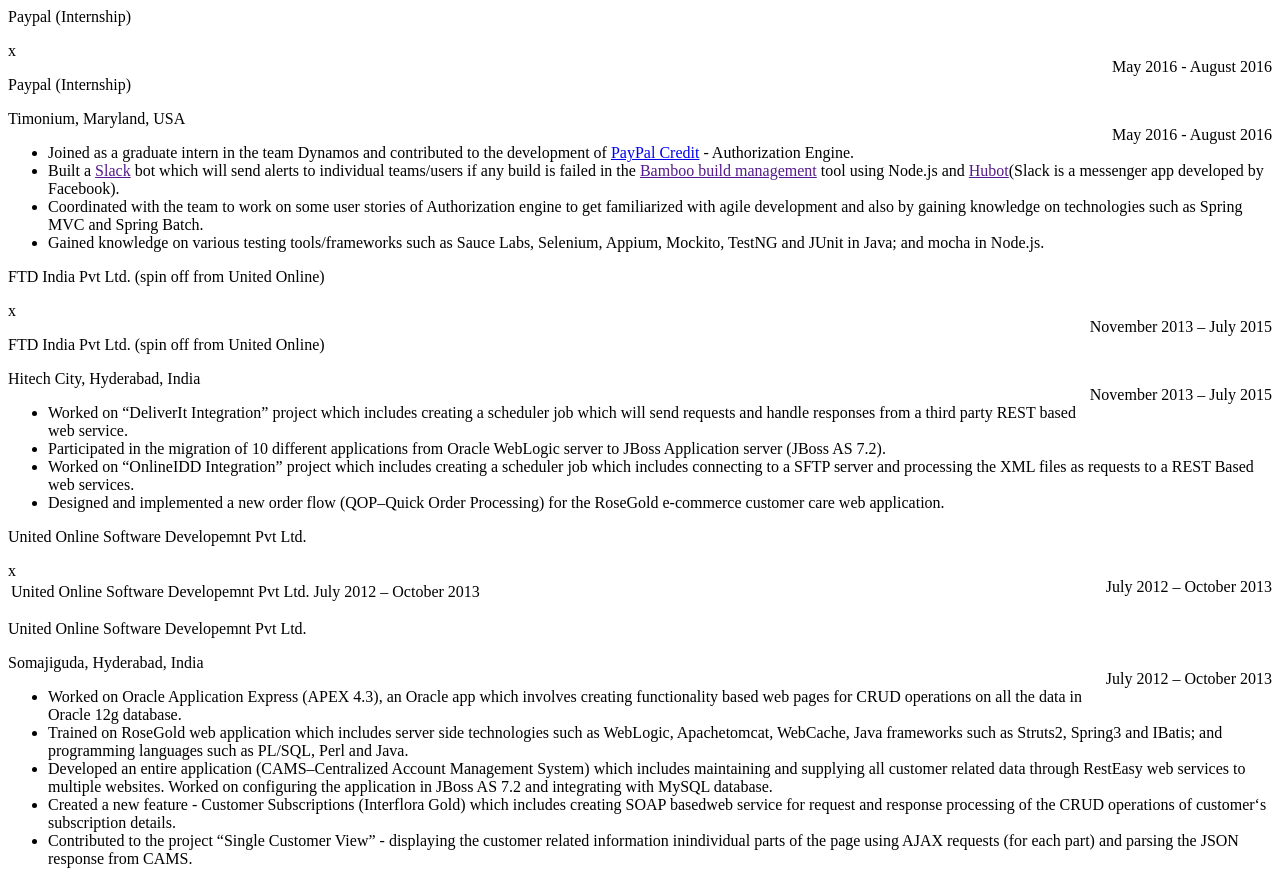
Repository: phanindrakannaji/Resume
Page: http://localhost/application/pages/experience.php
These files come from the project's save history. The page is drawn as it stood at one moment and after the next save; the edit follows.
The browser window is 1280 px wide. The pictures show the whole page.
The page is run by PHP 8.4 with error messages shown; the project is at /var/www/html/.

Above is the page before, as saved 2016-09-25 17:06:23.
Console error: ReferenceError: $ is not defined

### Resume/application/pages/experience.php
<script type="text/javascript"
	src="../resources/scripts/refreshScript.js"></script>
<div class="divExperience customfont2">
	<div class="divExperienceHeading">
		<p class="expHeading">Paypal (Internship)</p>
		<p class="expHeadingContent" style="float: right;">May 2016 - August
			2016</p>
	</div>
	<div class="divExperienceWork modal">
		<div class="modal-content">
			<span class="close">x</span>
			<p class="expHeading">Paypal (Internship)</p>
			<p class="expHeadingContent" style="float: right;">May 2016 - August
				2016</p>
			<p class="expHeadingContent divExperiencelocation ">Timonium,
				Maryland, USA</p>
			<ul>
				<li>Joined as a graduate intern in the team Dynamos and contributed
					to the development of <a
					href="https://en.wikipedia.org/wiki/PayPal_Credit" target="blank">PayPal
						Credit</a> - Authorization Engine.
				</li>
				<li>Built a <a href="" target="blank">Slack</a> bot which will send
					alerts to individual teams/users if any build is failed in the <a
					href="" target="blank">Bamboo build management</a> tool using
					Node.js and <a href="" target="blank">Hubot</a>(Slack is a
					messenger app developed by Facebook).
				</li>
				<li>Coordinated with the team to work on some user stories of
					Authorization engine to get familiarized with agile development and
					also by gaining knowledge on technologies such as Spring MVC and
					Spring Batch.</li>
				<li>Gained knowledge on various testing tools/frameworks such as
					Sauce Labs, Selenium, Appium, Mockito, TestNG and JUnit in Java;
					and mocha in Node.js.</li>
			</ul>
		</div>
	</div>
</div>

<div class="divExperience customfont2">
	<div class="divExperienceHeading">
		<p class="expHeading">FTD India Pvt Ltd. (spin off from United Online)</p>
		<p class="expHeadingContent" style="float: right;">November 2013 –
			July 2015</p>
	</div>
	<div class="divExperienceWork modal">
		<div class="modal-content">
			<span class="close">x</span>
			<p class="expHeading">FTD India Pvt Ltd. (spin off from United
				Online)</p>
			<p class="expHeadingContent" style="float: right;">November 2013 –
				July 2015</p>
			<p class=" expHeadingContent divExperiencelocation ">Hitech City,
				Hyderabad, India</p>
			<ul>
				<li>Worked on “DeliverIt Integration” project which includes
					creating a scheduler job which will send requests and handle
					responses from a third party REST based web service.</li>
				<li>Participated in the migration of 10 different applications from
					Oracle WebLogic server to JBoss Application server (JBoss AS 7.2).</li>
				<li>Worked on “OnlineIDD Integration” project which includes
					creating a scheduler job which includes connecting to a SFTP server
					and processing the XML files as requests to a REST Based web
					services.</li>
				<li>Designed and implemented a new order flow (QOP–Quick Order
					Processing) for the RoseGold e-commerce customer care web
					application.</li>
			</ul>
		</div>
	</div>
</div>

<div class="divExperience customfont2">
	<div class="divExperienceHeading">
		<p class="expHeading">United Online Software Developemnt Pvt Ltd.</p>
		<p class="expHeadingContent" style="float: right;">July 2012 – October
			2013</p>
	</div>
	<div class="divExperienceWork modal">
		<div class="modal-content">
			<span class="close">x</span>
			<table>
			<tr>
			<td>United Online Software Developemnt Pvt Ltd.</td>
			<td>July 2012 – October 2013</td>
			</tr>
			</table>

			<p class="expHeading">United Online Software Developemnt Pvt Ltd.</p>
			<p class="expHeadingContent" style="float: right;">July 2012 –
				October 2013</p>
			<p class="expHeadingContent divExperiencelocation ">Somajiguda,
				Hyderabad, India</p>
			<ul>
				<li>Worked on Oracle Application Express (APEX 4.3), an Oracle app
					which involves creating functionality based web pages for CRUD
					operations on all the data in Oracle 12g database.</li>
				<li>Trained on RoseGold web application which includes server side
					technologies such as WebLogic, Apachetomcat, WebCache, Java
					frameworks such as Struts2, Spring3 and IBatis; and programming
					languages such as PL/SQL, Perl and Java.</li>
				<li>Developed an entire application (CAMS–Centralized Account
					Management System) which includes maintaining and supplying all
					customer related data through RestEasy web services to multiple
					websites. Worked on configuring the application in JBoss AS 7.2 and
					integrating with MySQL database.</li>
				<li>Created a new feature - Customer Subscriptions (Interflora Gold)
					which includes creating SOAP basedweb service for request and
					response processing of the CRUD operations of customer‘s
					subscription details.</li>
				<li>Contributed to the project “Single Customer View” - displaying
					the customer related information inindividual parts of the page
					using AJAX requests (for each part) and parsing the JSON response
					from CAMS.</li>
			</ul>
		</div>
	</div>
</div>
<script type="text/javascript" src="../resources/scripts/experience.js"></script>

### Resume/resources/scripts/refreshScript.js
$(document).ready(function(){
	$("#commandInput").keypress(function(e){
		keypressInBox(e);
	});
	$("#commandInput").focus();
})

### Resume/resources/scripts/experience.js
$(document).ready(function(){
	$('.divExperienceHeading').click(function(){
		$(this).parent().children().last().css("display", "block");
	});
	var span = $(".close")[0];
	$(".close").click(function() {
	    $(this).parent().parent().css("display", "none");
	});
});

After the next save:
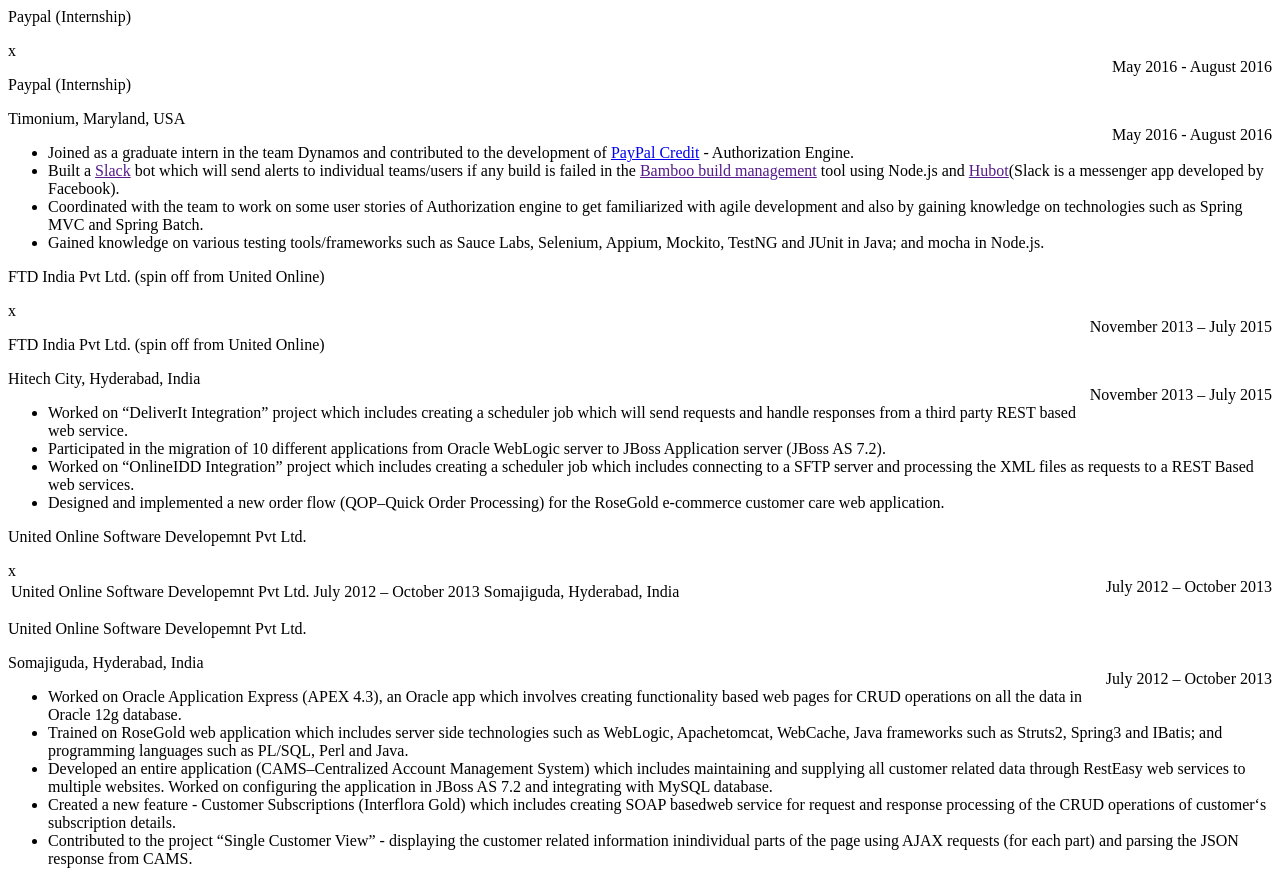
Saved 17 s later.
--- a/Resume/application/pages/experience.php
+++ b/Resume/application/pages/experience.php
@@ -84,6 +84,7 @@
 			<tr>
 			<td>United Online Software Developemnt Pvt Ltd.</td>
 			<td>July 2012 – October 2013</td>
+			<td>Somajiguda, Hyderabad, India</td>
 			</tr>
 			</table>
 
